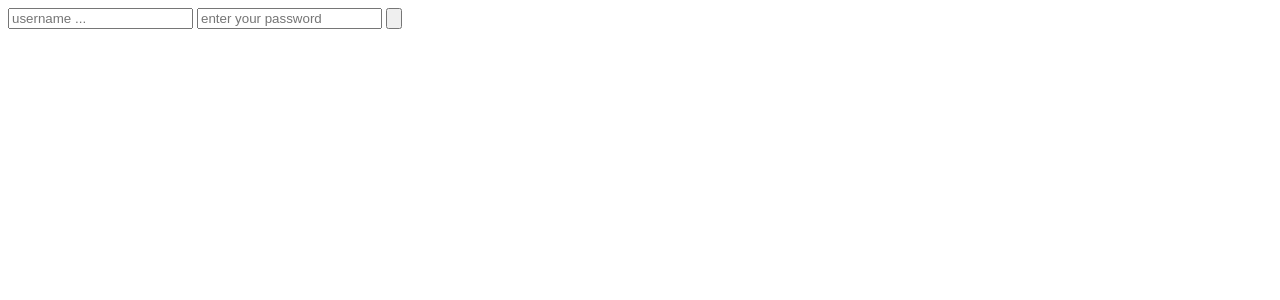
Repository: beva3/javaScrypt
Page: filter/index.html
The author's editor kept a copy of each file at every save. The page is drawn from the files as they stood at one save, then again after the next save.
The browser window is 1280 px wide. The pictures show the whole page.

Above is the page before, as saved 2024-05-11 22:28:40.

### filter/index.html
<!DOCTYPE html>
<html lang="en">
<head>
    <meta charset="UTF-8">
    <meta name="viewport" content="width=device-width, initial-scale=1.0">
    <title>filter</title>
</head>
<body>
    <div class="session">
        <form>
            <input type="text" placeholder="username ..." required >
            <input type="password"  id="passwd" placeholder="enter your password" required>
            <input type="submit" value="">
        </form>
    </div>
</body>
</html>

After the next save:
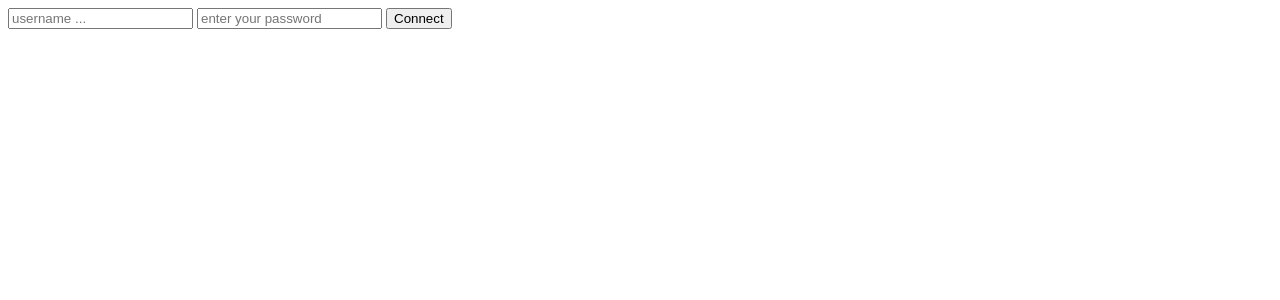
Saved 11 s later.
--- a/filter/index.html
+++ b/filter/index.html
@@ -10,7 +10,7 @@
         <form>
             <input type="text" placeholder="username ..." required >
             <input type="password"  id="passwd" placeholder="enter your password" required>
-            <input type="submit" value="">
+            <input type="submit" value="Connect">
         </form>
     </div>
 </body>
